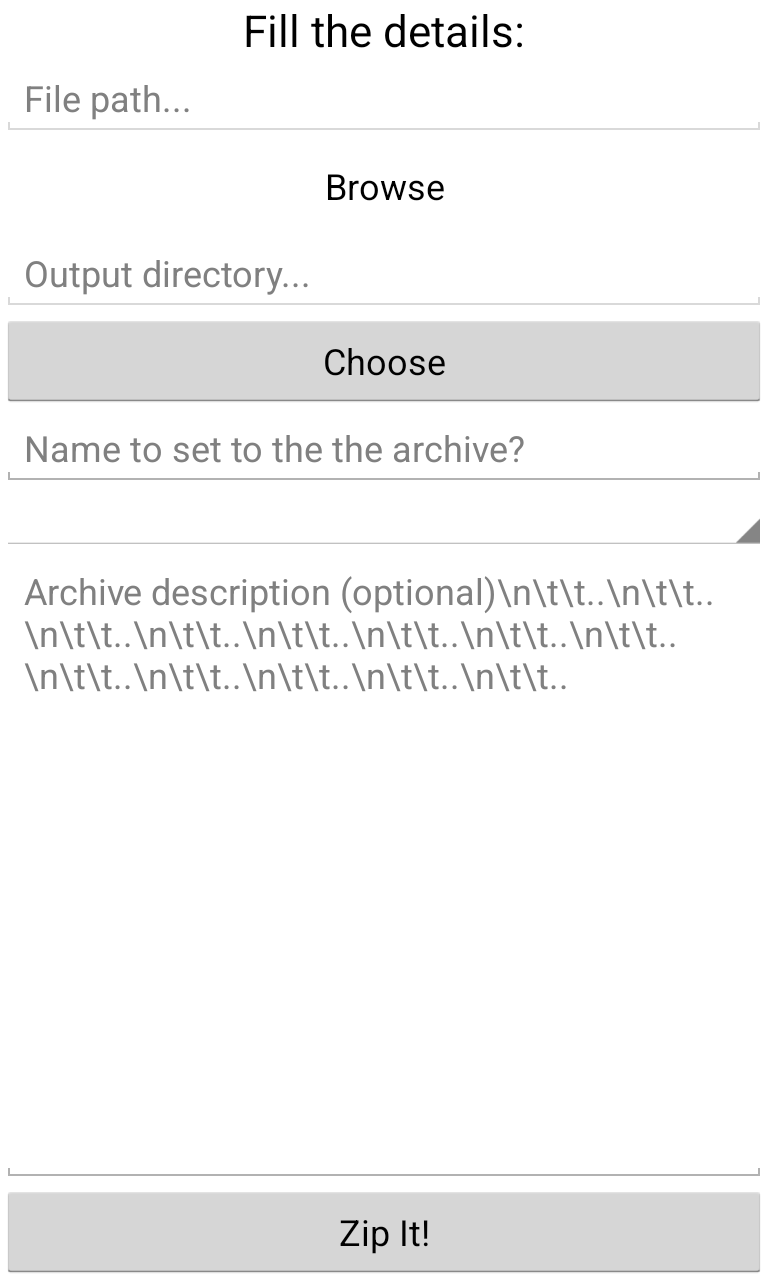
Repository: ya-ivanov/Android-Projects
Layout: Android Projects (OLD)/Zip It!/ZipIt/res/layout/activity_main.xml
An editor plug-in stored every save of this project. The layout is shown before and after the next save, followed by the edit.
It is drawn on a 768 x 1280 px phone screen (xhdpi) without system bars, with theme AppTheme; the app's code is not run.

Above is the layout before, as saved 2013-12-12 18:47:11.

### Android Projects (OLD)/Zip It!/ZipIt/res/layout/activity_main.xml
<LinearLayout xmlns:android="http://schemas.android.com/apk/res/android"
    android:layout_width="fill_parent"
    android:layout_height="fill_parent"
    android:orientation="vertical" >

    <TextView
        android:id="@+id/textView1"
        android:layout_width="match_parent"
        android:layout_height="wrap_content"
        android:gravity="center_horizontal"
        android:text="Fill the details:"
        android:textAppearance="?android:attr/textAppearanceLarge" />

    <EditText
        android:id="@+id/files"
        android:layout_width="match_parent"
        android:layout_height="wrap_content"
        android:ems="10"
        android:enabled="false"
        android:hint="File path..."
        android:singleLine="true" />

    <Button
        android:id="@+id/browse"
        android:layout_width="match_parent"
        android:layout_height="wrap_content"
        android:background="#70ffffff"
        android:text="Browse" />

    <EditText
        android:id="@+id/endDir"
        android:layout_width="match_parent"
        android:layout_height="wrap_content"
        android:ems="10"
        android:enabled="false"
        android:hint="Output directory..."
        android:singleLine="true" />

    <Button
        android:id="@+id/choose"
        android:layout_width="match_parent"
        android:layout_height="wrap_content"
        android:text="Choose" />

    <LinearLayout
        android:layout_width="match_parent"
        android:layout_height="wrap_content" >

        <EditText
            android:id="@+id/archiveName"
            android:layout_width="match_parent"
            android:layout_height="wrap_content"
            android:layout_weight="1"
            android:ems="10"
            android:hint="Name to set to the the archive?"
            android:singleLine="true" />

    </LinearLayout>

    <Spinner
        android:id="@+id/spinner"
        android:layout_width="fill_parent"
        android:layout_height="wrap_content" />

    <EditText
        android:id="@+id/desk"
        android:layout_width="match_parent"
        android:layout_height="wrap_content"
        android:layout_weight="1"
        android:ems="10"
        android:hint="Archive description (optional)\n\t\t..\n\t\t..\n\t\t..\n\t\t..\n\t\t..\n\t\t..\n\t\t..\n\t\t..\n\t\t..\n\t\t..\n\t\t..\n\t\t..\n\t\t.."
        android:gravity="top" >

    </EditText>

    <Button
        android:id="@+id/button1"
        android:layout_width="match_parent"
        android:layout_height="wrap_content"
        android:text="Zip It!" />

</LinearLayout>

### Android Projects (OLD)/Zip It!/ZipIt/res/drawable-hdpi/button_bg.xml
<?xml version="1.0" encoding="utf-8"?>
<shape xmlns:android="http://schemas.android.com/apk/res/android"
  android:shape="rectangle">
  <gradient android:startColor="#FFFFFF"
    android:endColor="#00FF00"
    android:angle="270" />
  <corners android:radius="3dp" />
  <stroke android:width="5px" android:color="#000000" />
</shape>

Loaded but not shown: Android Projects (OLD)/Zip It!/ZipIt/res/values/styles.xml (common file); Android Projects (OLD)/Zip It!/ZipIt/res/values-v11/styles.xml (common file); Android Projects (OLD)/Zip It!/ZipIt/res/values-v14/styles.xml (common file)

After the next save:
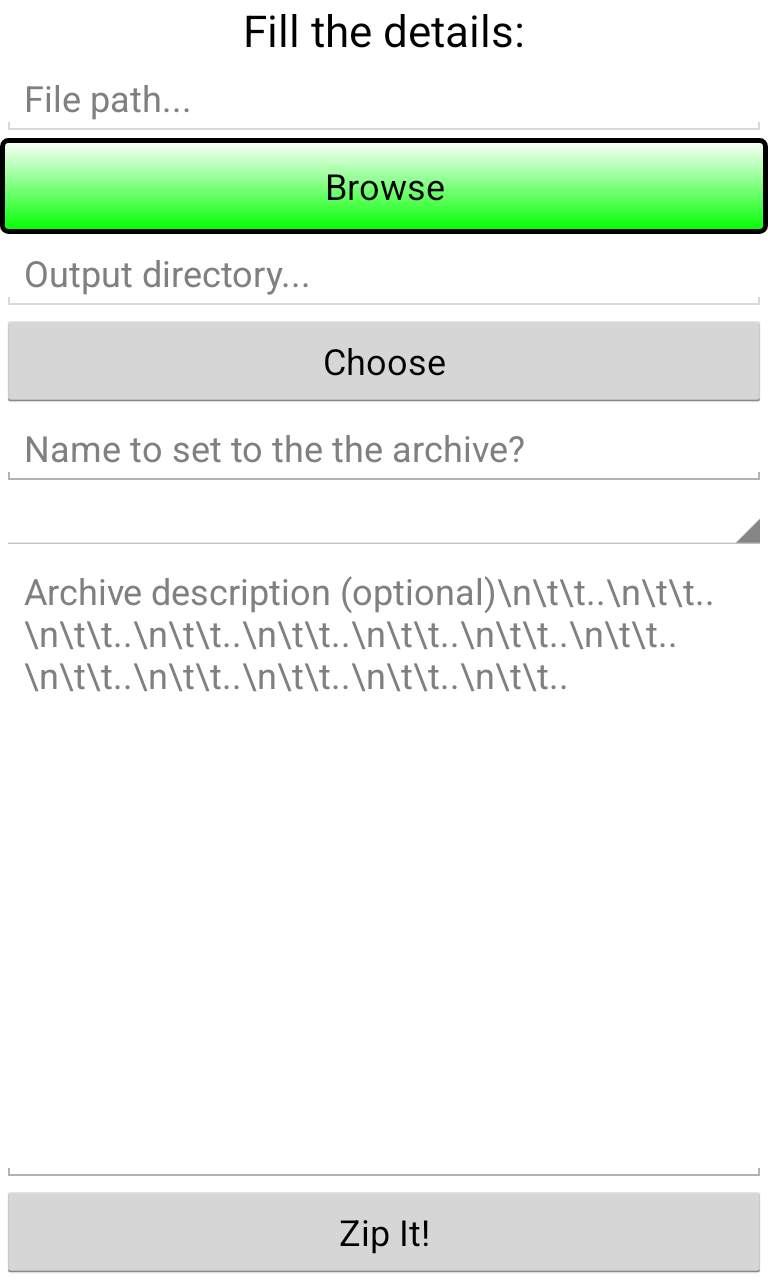
Saved 17 s later.
--- a/Android Projects (OLD)/Zip It!/ZipIt/res/layout/activity_main.xml
+++ b/Android Projects (OLD)/Zip It!/ZipIt/res/layout/activity_main.xml
@@ -24,7 +24,7 @@
         android:id="@+id/browse"
         android:layout_width="match_parent"
         android:layout_height="wrap_content"
-        android:background="#70ffffff"
+        android:background="@drawable/button_bg"
         android:text="Browse" />
 
     <EditText
